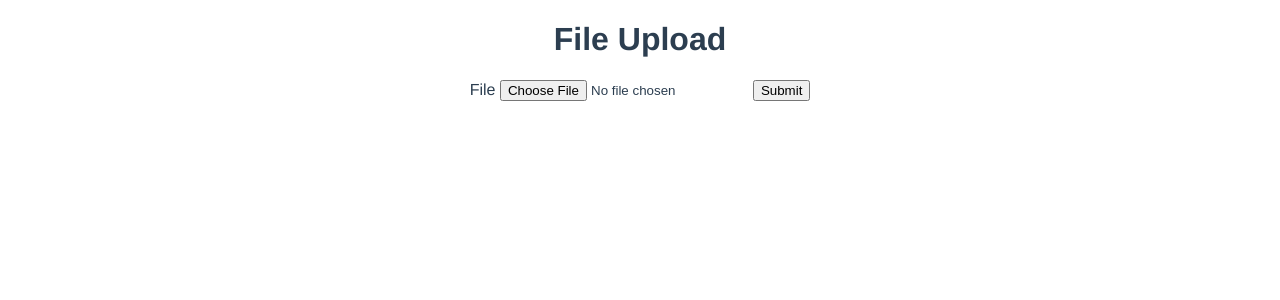
Repository: rockeycse/file-upload-front
Page: /
An editor plug-in stored every save of this project. The page is shown before and after a run of saves, followed by the edit.
The browser window is 1280 px wide. The pictures show the whole page.
The page's requests for data from a server got no answer. The project was rebuilt for these pictures with package versions that can differ from the ones it lists, and the page was loaded fresh each time. No one was signed in, and anything a server would have sent is missing. Also part of the build but not shown: src/components/ProgressPage.vue.

Above is the page before, as saved 2021-06-28 20:40:59.

After the next 2 saves:
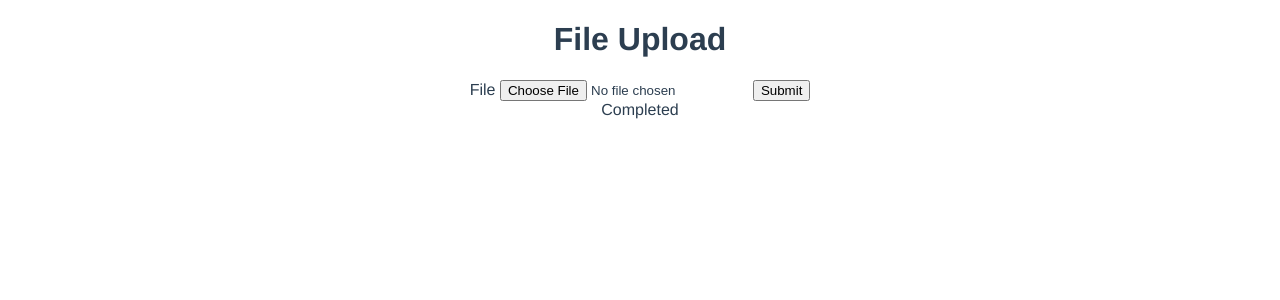
The 2 saves are shown as one change because they came seconds apart.
The last was saved 10 s later.
--- a/src/App.vue
+++ b/src/App.vue
@@ -16,7 +16,7 @@
       <h1>Progress ({{ progressData.progress }}%)</h1>
       <!-- <progress-page></progress-page> -->
     </div>
-    <div></div>
+    <div v>Completed</div>
   </div>
   <!-- <router-view/> -->
 </template>
